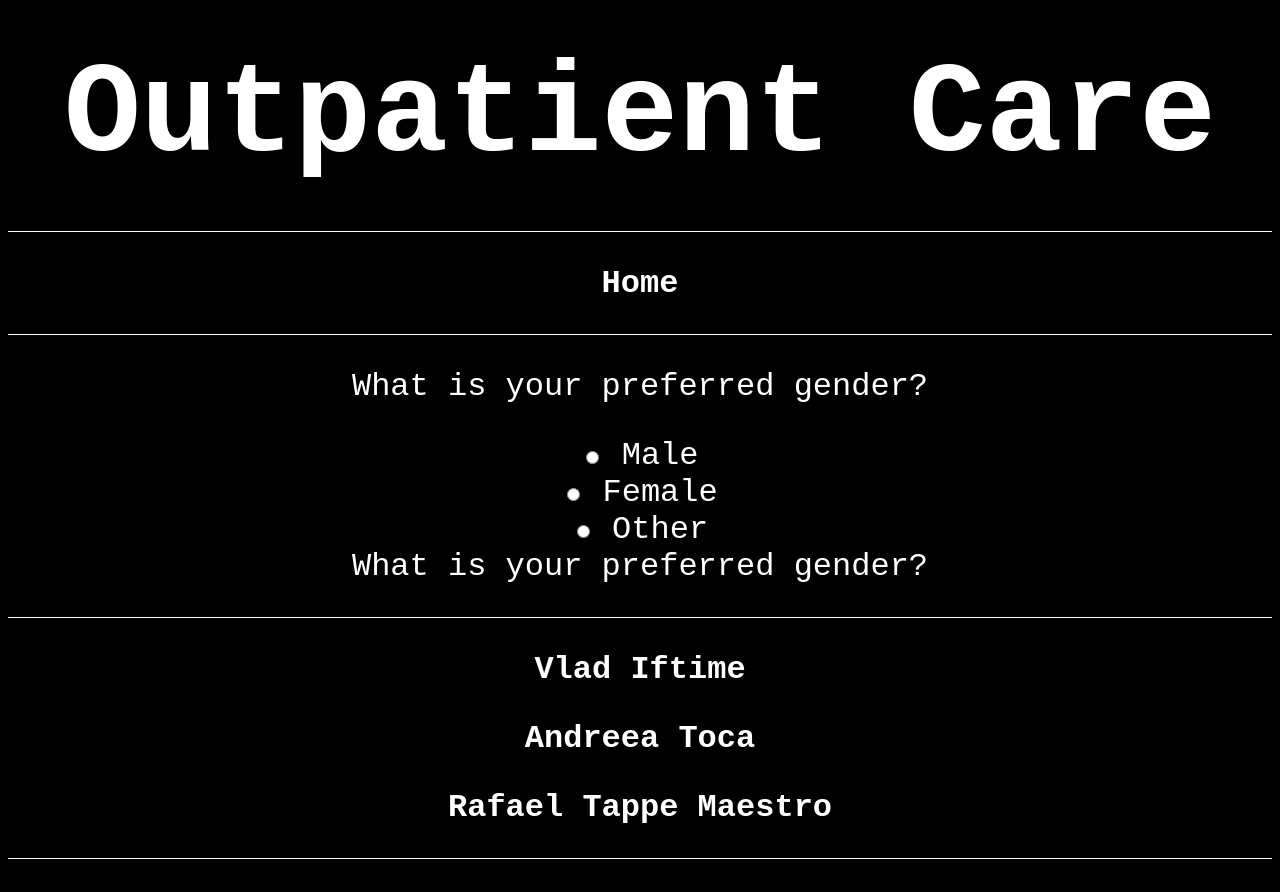
Repository: VladIftime/KnowledgeTechnology2019
Page: src/front/index.html
An editor plug-in stored every save of this project. The page is shown before and after a run of saves, followed by the edit.
The browser window is 1280 px wide. The pictures show the whole page.

Above is the page before, as saved 2019-12-15 12:10:28.

After the next 11 saves:
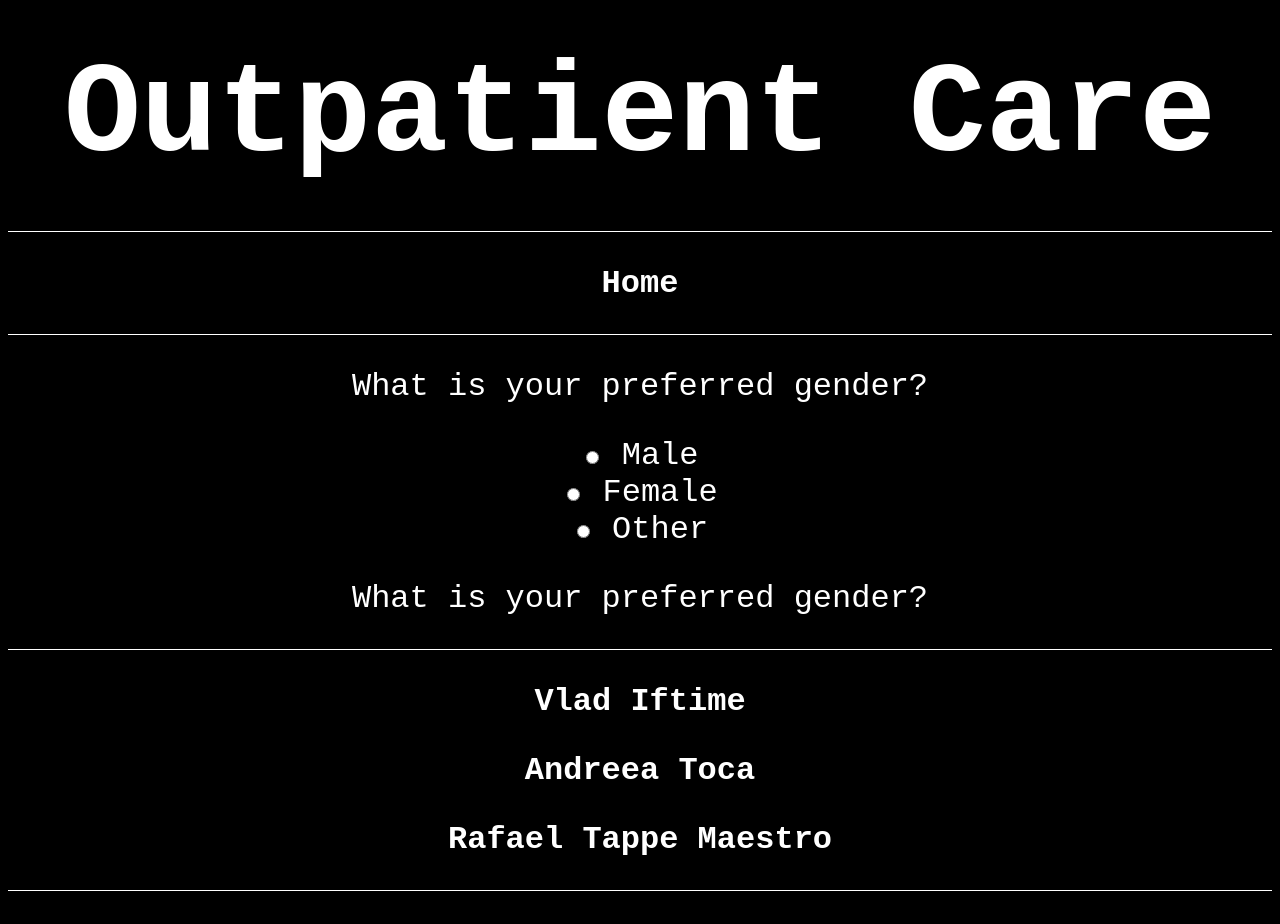
The 11 saves are shown as one change because they came seconds apart.
The last was saved 31 s later.
--- a/src/front/dosome.js
+++ b/src/front/dosome.js
@@ -11,7 +11,7 @@ class Question {
     }
 
     showQuestion() {
-        document.getElementById(this.tag).innerHTML = this.question;
+        document.getElementById(this.tag).innerHTML = '<p>' + this.question + '<p>';
     }
 
     showChoices() {
